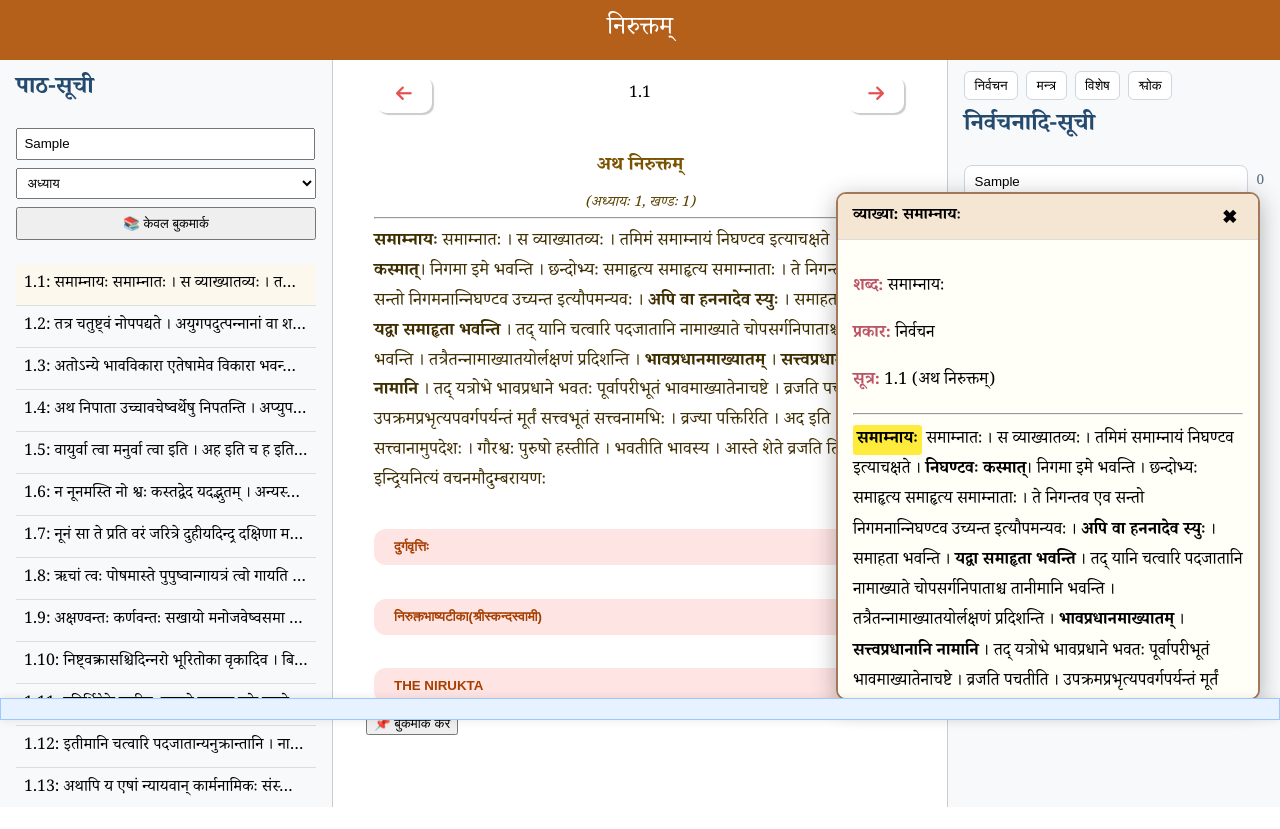
Repository: sanskritsphere/Niruktam
Page: index.html
An editor plug-in stored every save of this project. The page is shown before and after the next save, followed by the edit.
The browser window is 1280 px wide. The pictures show the whole page.
Empty fields were first filled with sample values (such as "Sample", 5 or name@example.com).
After loading, the first visible `#mark-\#b-0-text-0` was clicked once.
Some web fonts or font styles are not loaded; a fallback is used.

Above is the page before, as saved 2025-12-14 07:35:36.

After the next save:
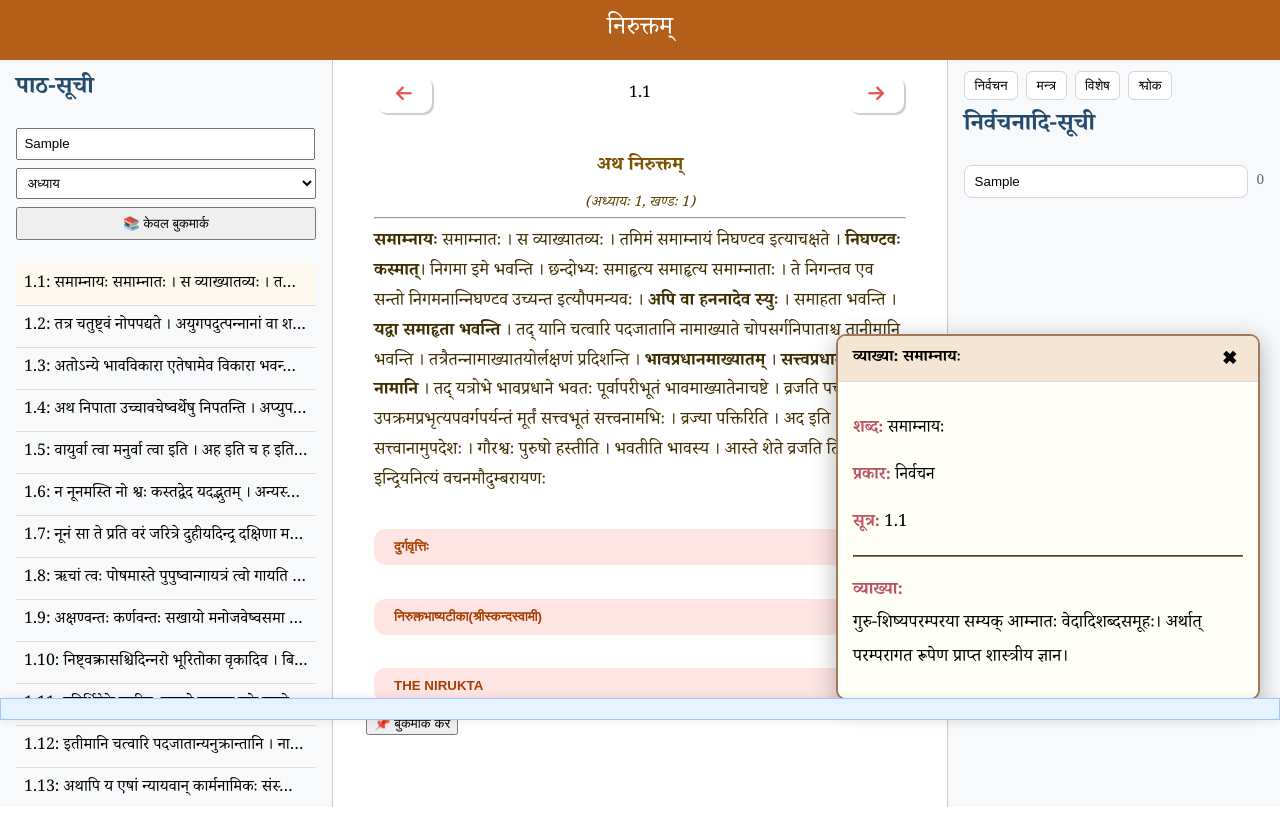
Saved 64 s later.
--- a/script.js
+++ b/script.js
@@ -580,7 +580,6 @@ function showVyakhya(anchorId) {
   const titleEl = document.getElementById('vyakhya-title');
   if (!panel || !contentEl || !titleEl) return;
 
-  // termsByTag से term ढूँढो
   let foundTerm = null;
   for (const tagKey in termsByTag) {
     foundTerm = termsByTag[tagKey].find(t => t.id === anchorId);
@@ -597,29 +596,51 @@ function showVyakhya(anchorId) {
   const sutra = data[foundTerm.sutraIdx];
   if (!sutra) return;
 
+  const normalizedLabel = normalizeShabda(foundTerm.label);
+
+  // पहले custom व्याख्या ढूंढो
+  const customEntry = customVyakhya.find(entry =>
+    normalizeShabda(entry.shabda) === normalizedLabel
+  );
+
   titleEl.textContent = `व्याख्या: ${foundTerm.label}`;
 
-  // जिस field में term है, उसका content लो
-  let contextHTML = '';
-  let fieldName = '';
-  if (foundTerm.field === 'text') { contextHTML = sutra.text; fieldName = 'अथ निरुक्तम्'; }
-  else if (foundTerm.field === 'durg') { contextHTML = sutra.durg; fieldName = 'दुर्गवृत्तिः'; }
-  else if (foundTerm.field === 'skand') { contextHTML = sutra.skand; fieldName = 'स्कन्दस्वामी भाष्य'; }
-  else if (foundTerm.field === 'vivaran') { contextHTML = sutra.vivaran; fieldName = 'English Translation'; }
-
-  // term को highlight करो
-  const highlighted = contextHTML.replace(
-    new RegExp(`(${foundTerm.label})`, 'gi'),
-    '<span style="background:#ffeb3b; font-weight:bold; padding:2px 4px; border-radius:3px;">$1</span>'
-  );
-
-  contentEl.innerHTML = `
-    <p><strong>शब्द:</strong> ${foundTerm.label}</p>
-    <p><strong>प्रकार:</strong> ${TAGS.find(t => t.key === foundTerm.tag)?.label || foundTerm.tag}</p>
-    <p><strong>सूत्र:</strong> ${sutra.index} (${fieldName})</p>
-    <hr style="margin:10px 0;">
-    <div>${highlighted || '<p>इस भाग में व्याख्या उपलब्ध नहीं।</p>'}</div>
-  `;
+  if (customEntry) {
+    // Custom व्याख्या मिली → उसे priority दो
+    const tagLabel = TAGS.find(t => t.key === foundTerm.tag)?.label || foundTerm.tag;
+
+    contentEl.innerHTML = `
+      <p><strong>शब्द:</strong> ${foundTerm.label}</p>
+      <p><strong>प्रकार:</strong> ${tagLabel}</p>
+      <p><strong>सूत्र:</strong> ${sutra.index}</p>
+      <hr style="margin:10px 0; border-color:#a0785a;">
+      <div style="font-size:1.1rem; line-height:1.9; padding:8px 0;">
+        <strong>व्याख्या:</strong><br>
+        ${customEntry.vyakhya}
+      </div>
+    `;
+  } else {
+    // Custom नहीं मिली → पुराना context-based fallback
+    let contextHTML = '';
+    let fieldName = '';
+    if (foundTerm.field === 'text') { contextHTML = sutra.text; fieldName = 'अथ निरुक्तम्'; }
+    else if (foundTerm.field === 'durg') { contextHTML = sutra.durg; fieldName = 'दुर्गवृत्तिः'; }
+    else if (foundTerm.field === 'skand') { contextHTML = sutra.skand; fieldName = 'स्कन्दस्वामी भाष्य'; }
+    else if (foundTerm.field === 'vivaran') { contextHTML = sutra.vivaran; fieldName = 'English Translation'; }
+
+    const highlighted = contextHTML.replace(
+      new RegExp(`(${foundTerm.label})`, 'gi'),
+      '<span style="background:#ffeb3b; font-weight:bold; padding:2px 4px; border-radius:3px;">$1</span>'
+    );
+
+    contentEl.innerHTML = `
+      <p><strong>शब्द:</strong> ${foundTerm.label}</p>
+      <p><strong>प्रकार:</strong> ${TAGS.find(t => t.key === foundTerm.tag)?.label || foundTerm.tag}</p>
+      <p><strong>सूत्र:</strong> ${sutra.index} (${fieldName})</p>
+      <hr style="margin:10px 0;">
+      <div>${highlighted || '<p>इस भाग में व्याख्या उपलब्ध नहीं।</p>'}</div>
+    `;
+  }
 
   panel.classList.add('open');
 }
